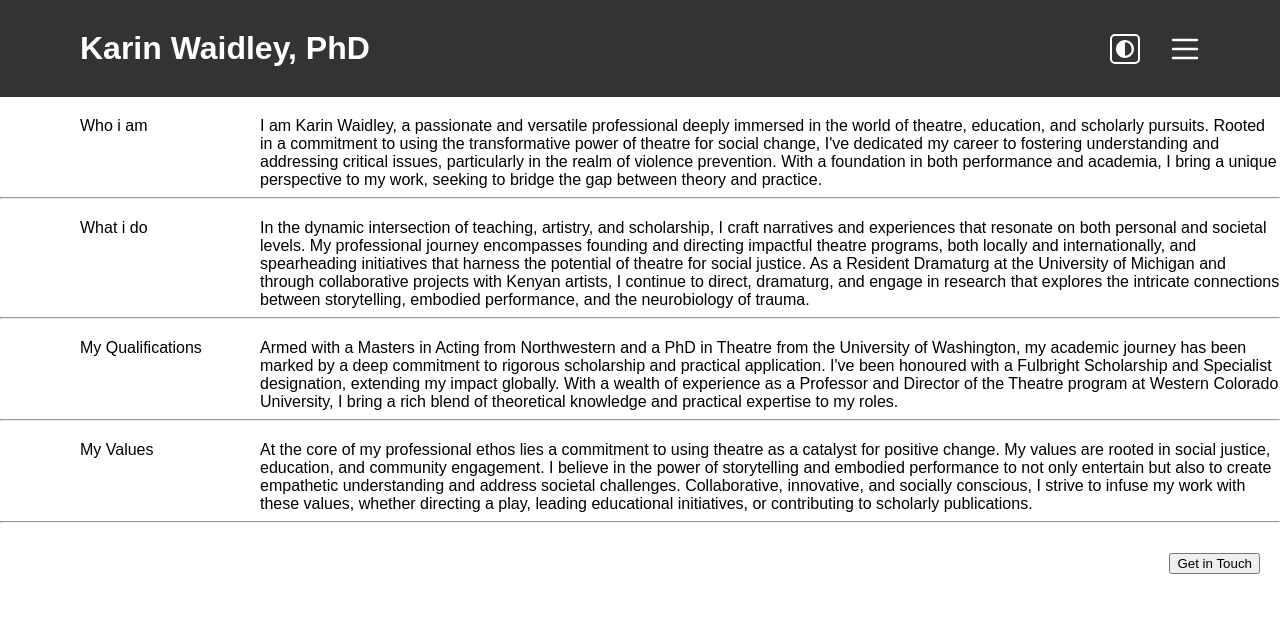
Repository: Ceasor7/Karin
Page: about.html
An editor plug-in stored every save of this project. The page is shown before and after the next save, followed by the edit.
The browser window is 1280 px wide. The pictures show the whole page.

Above is the page before, as saved 2023-12-14 14:10:56.
Not found: stingo.css

### about.html
<!DOCTYPE html>
<html lang="en">

<head>
    <meta charset="UTF-8">
    <meta name="viewport" content="width=device-width, initial-scale=1.0">
    <link rel="stylesheet" href="stingo.css">
    <title>Karin Waidley,PhD | About</title>
    <style>
        /* about page */
        nav {
            float: left;
            width: 15%;
        }

        article {
            float: left;
            width: 85%;
        }

        /* Clear floats after the columns */
        section::after {
            content: "";
            display: table;
            clear: both;
        }

        .about-button {
            margin-top: 30px;
            text-align: right;
            margin-bottom: 30px;
            margin-right: 20px;
        }

        /* about page */
        /* navbar */
        /* Resetting some default styles for better consistency */
        body,
        h1,
        h2,
        h3,
        p,
        ul,
        li {
            margin: 0;
            padding: 0;
            list-style: none;
        }

        /* Global styles */
        body {
            font-family: Arial, sans-serif;
        }

        /* Navbar styles */
        header {
            background-color: #333;
            color: white;
            padding: 10px 0;
        }

        .navbar {
            display: flex;
            justify-content: space-between;
            align-items: center;
            padding: 20px;
            margin-left: 60px;
            margin-right: 60px;
        }

        .navbar-logo {
            font-size: 2em;
            font-weight: bold;
        }

        .navbar-icons {
            display: flex;
            gap: 10px;
        }

        .dark-mode-toggle {
            color: var(--secondary-color);
            border: 2px solid currentColor;
            padding: 4px;
            background: transparent;
            cursor: pointer;
            border-radius: 5px;
            width: 30px;
            height: 30px;
        }

        .dark-mode-toggle,
        .svg-icon {
            margin-right: 20px;
        }

        /* Main content styles */
        section {
            margin-top: 20px;
            margin-left: 80px;
        }

        /* navbar */
    </style>
</head>

<body>
    <header>
        <div class="navbar">
            <div class="navbar-logo">Karin Waidley, PhD</div>
            <div class="navbar-icons">
                <button id="dark-mode-toggle" class="dark-mode-toggle">
                    <svg width="100%" xmlns="http://www.w3.org/2000/svg" viewBox="0 0 496 496">
                        <path fill="currentColor"
                            d="M8,256C8,393,119,504,256,504S504,393,504,256,393,8,256,8,8,119,8,256ZM256,440V72a184,184,0,0,1,0,368Z"
                            transform="translate(-8 -8)" />
                    </svg>
                </button>
                <svg xmlns="http://www.w3.org/2000/svg" x="0px" y="0px" width="30" height="30" viewBox="0 0 50 50"
                    style="fill:#FFFFFF;">
                    <path
                        d="M 5 8 A 2.0002 2.0002 0 1 0 5 12 L 45 12 A 2.0002 2.0002 0 1 0 45 8 L 5 8 z M 5 23 A 2.0002 2.0002 0 1 0 5 27 L 45 27 A 2.0002 2.0002 0 1 0 45 23 L 5 23 z M 5 38 A 2.0002 2.0002 0 1 0 5 42 L 45 42 A 2.0002 2.0002 0 1 0 45 38 L 5 38 z">
                    </path>
                </svg>
            </div>
        </div>
    </header>

    <section>
        <nav>
            Who i am
        </nav>

        <article>
            I am Karin Waidley, a passionate and versatile professional deeply immersed in the world of theatre,
            education, and scholarly pursuits. Rooted in a commitment to using the transformative power of theatre
            for
            social change, I've dedicated my career to fostering understanding and addressing critical issues,
            particularly in the realm of violence prevention. With a foundation in both performance and academia, I
            bring a unique perspective to my work, seeking to bridge the gap between theory and practice.
        </article>
    </section>
    <hr>
    <section>
        <nav>
            What i do
        </nav>

        <article>
            In the dynamic intersection of teaching, artistry, and scholarship, I craft narratives and experiences
            that
            resonate on both personal and societal levels. My professional journey encompasses founding and
            directing
            impactful theatre programs, both locally and internationally, and spearheading initiatives that harness
            the
            potential of theatre for social justice. As a Resident Dramaturg at the University of Michigan and
            through
            collaborative projects with Kenyan artists, I continue to direct, dramaturg, and engage in research that
            explores the intricate connections between storytelling, embodied performance, and the neurobiology of
            trauma.
        </article>
    </section>
    <hr>
    <section>
        <nav>
            My Qualifications
        </nav>

        <article>
            Armed with a Masters in Acting from Northwestern and a PhD in Theatre from the University of Washington,
            my
            academic journey has been marked by a deep commitment to rigorous scholarship and practical application.
            I've been honoured with a Fulbright Scholarship and Specialist designation, extending my impact
            globally.
            With a wealth of experience as a Professor and Director of the Theatre program at Western Colorado
            University, I bring a rich blend of theoretical knowledge and practical expertise to my roles.
        </article>
    </section>

    <hr>

    <section>
        <nav>
            My Values
        </nav>

        <article>
            At the core of my professional ethos lies a commitment to using theatre as a catalyst for positive
            change.
            My values are rooted in social justice, education, and community engagement. I believe in the power of
            storytelling and embodied performance to not only entertain but also to create empathetic understanding
            and
            address societal challenges. Collaborative, innovative, and socially conscious, I strive to infuse my
            work
            with these values, whether directing a play, leading educational initiatives, or contributing to
            scholarly
            publications.
        </article>
    </section>
    <hr>
    <div class="about-button">
        <button class="contact-button">Get in Touch</button>
    </div>

    <script src="darkMode.js"></script>
</body>





</html>

### darkMode.js
let darkMode = localStorage.getItem('darkMode');

const darkModeToggle = document.querySelector('#dark-mode-toggle');

const enableDarkMode = () => {
  document.body.classList.add('darkmode');
  localStorage.setItem('darkMode', 'enabled');
}

const disableDarkMode = () => {
  document.body.classList.remove('darkmode');
  localStorage.setItem('darkMode', null);
}

if (darkMode === 'enabled') {
  enableDarkMode();
}

darkModeToggle.addEventListener('click', () => {
  darkMode = localStorage.getItem('darkMode');


  if (darkMode !== 'enabled') {
    enableDarkMode();
  } else {
    disableDarkMode();
  }
});

After the next save:
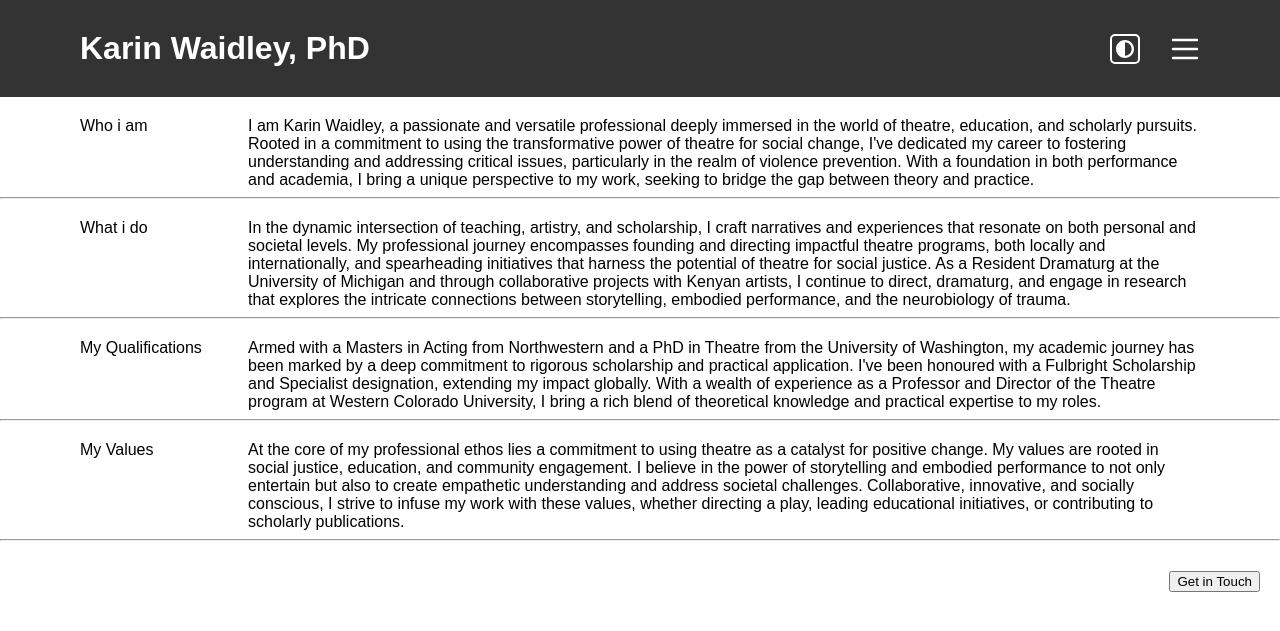
Saved 17 s later.
--- a/about.html
+++ b/about.html
@@ -98,6 +98,7 @@
         section {
             margin-top: 20px;
             margin-left: 80px;
+            margin-right: 80px;
         }
 
         /* navbar */
